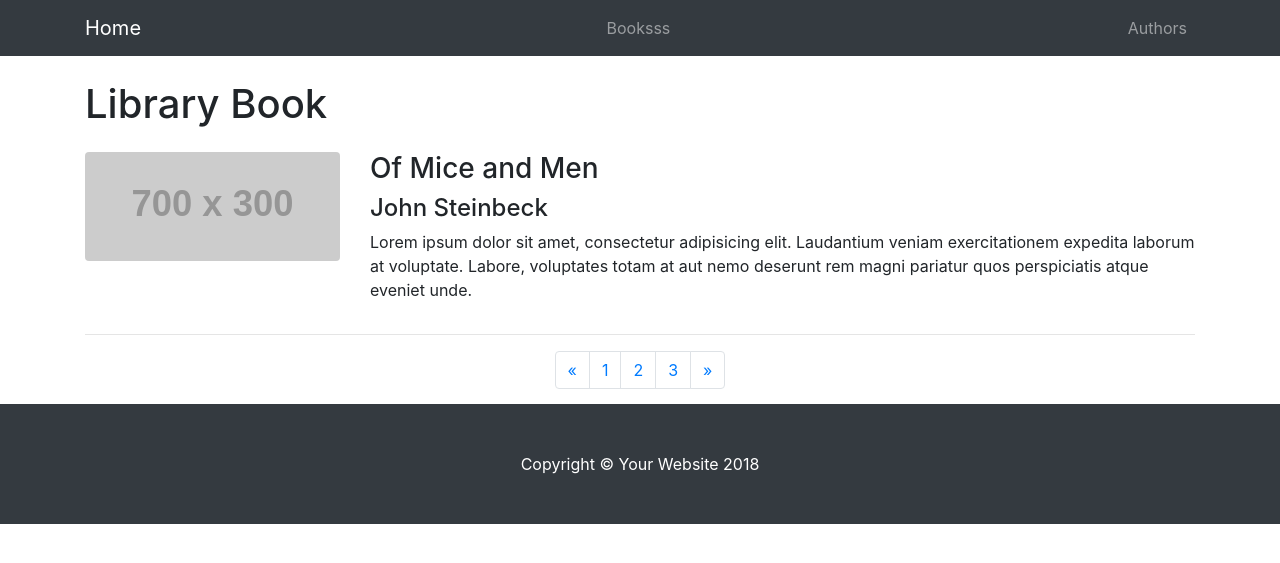
Repository: rosiehsmith/recipebook
Page: http://localhost/books/0
The author's editor kept a copy of each file at every save. The page is drawn from the files as they stood at one save, then again after the next save.
The browser window is 1280 px wide. The pictures show the whole page.
The page is served by the project's Node server (app.js).

Above is the page before, as saved 2019-01-07 07:26:52.

After the next save:
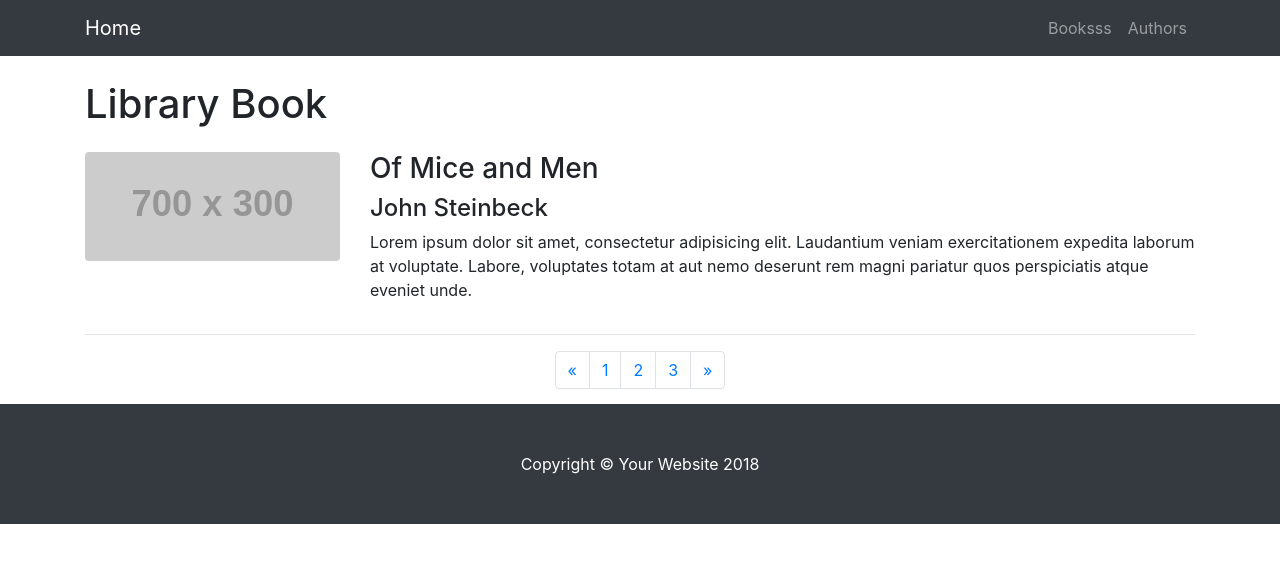
Saved 60 s later.
--- a/src/views/bookView.ejs
+++ b/src/views/bookView.ejs
@@ -28,13 +28,13 @@
           <span class="navbar-toggler-icon"></span>
         </button>
         <div class="collapse navbar-collapse" id="navbarResponsive">
+          <ul class="navbar-nav ml-auto">
           <%for(let i=0; i<nav.length;i++) {%>
-          <ul class="navbar-nav ml-auto">
             <li class="nav-item">
               <a class="nav-link" href="<%=nav[i].link%>"><%=nav[i].title%></a>
             </li>
+          <%}%>
           </ul>
-          <%}%>
         </div>
       </div>
     </nav>
